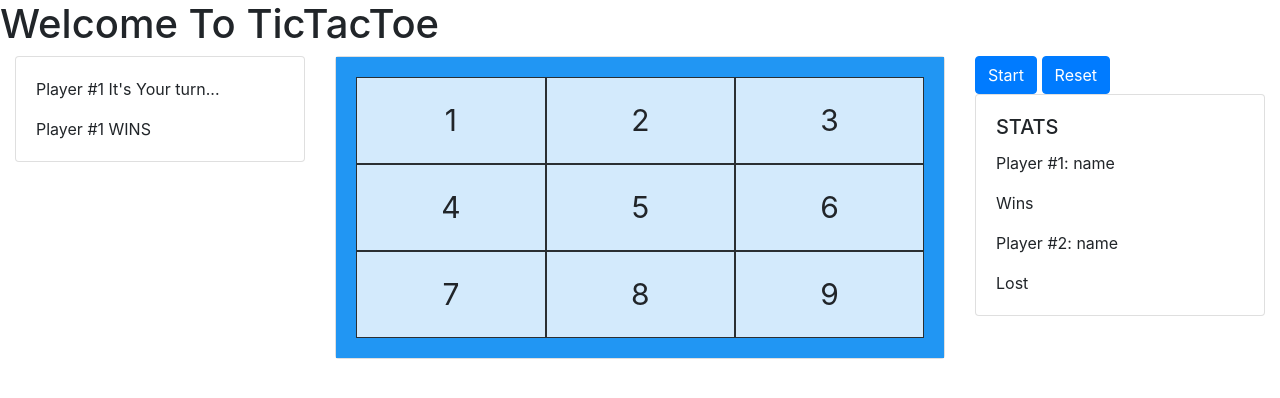
Repository: rOluochKe/JS-TicTacToe
Page: index.html
An editor plug-in stored every save of this project. The page is shown before and after the next save, followed by the edit.
The browser window is 1280 px wide. The pictures show the whole page.
Some web libraries are served in a nearby version.

Above is the page before, as saved 2020-05-27 00:36:40.
Not found: css/reset.css

After the next save:
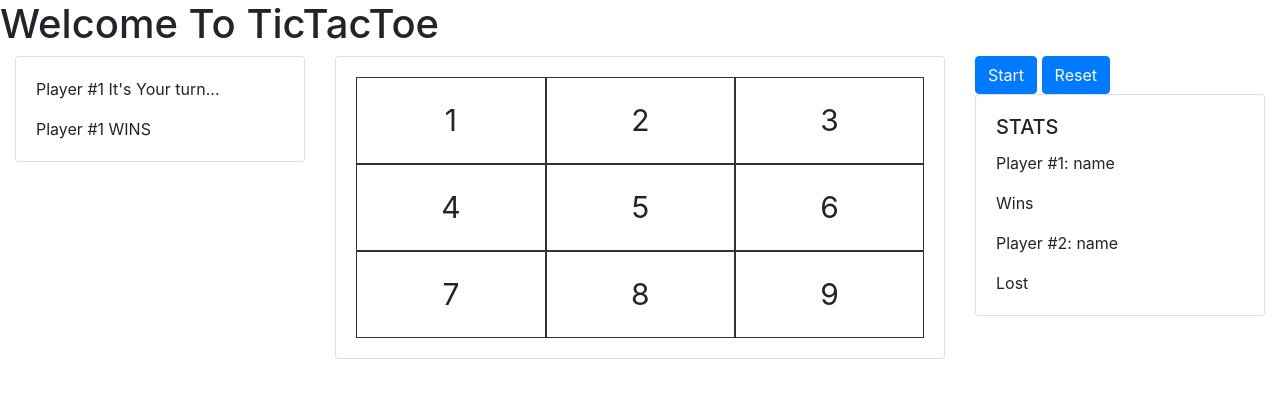
Saved 25 s later.
--- a/css/styles.css
+++ b/css/styles.css
@@ -1,7 +1,6 @@
 .tic-grid {
   display: grid;
   grid-template-columns: auto auto auto;
-  background-color: #2196F3;
   padding: 10px
 }
 
